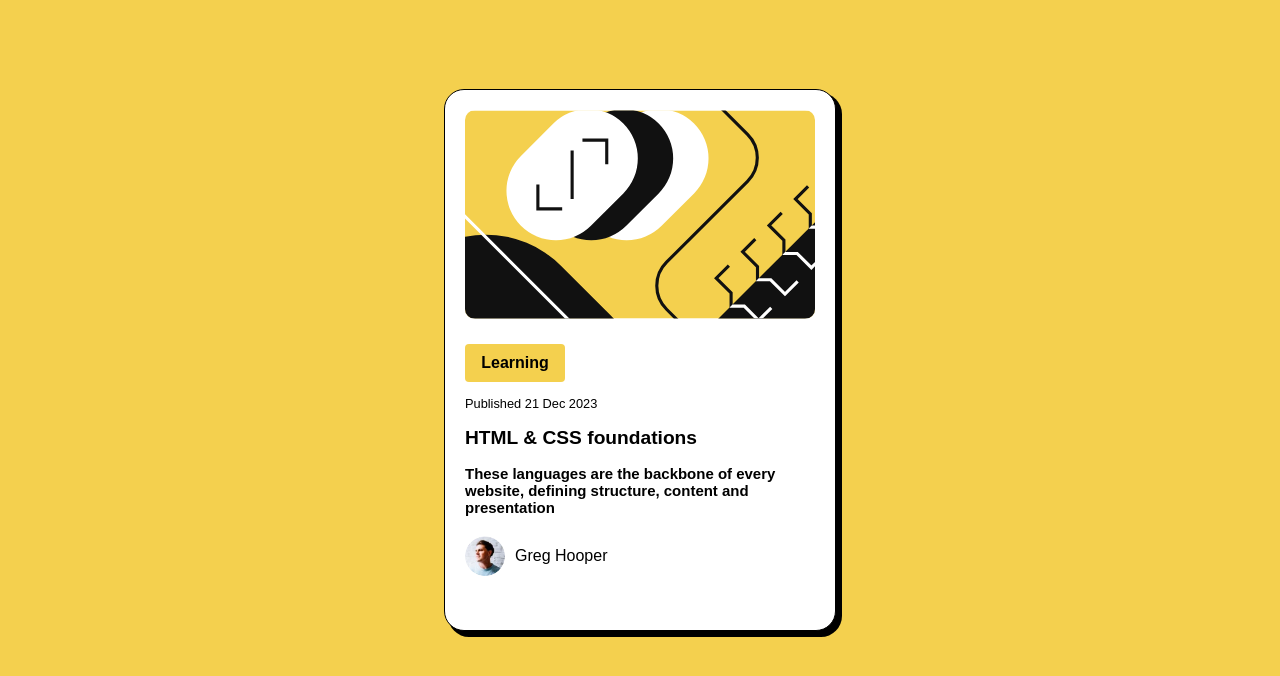
Repository: brandontaylor1/blogpreviewcard
Page: index.html
An editor plug-in stored every save of this project. The page is shown before and after the next save, followed by the edit.
The browser window is 1280 px wide. The pictures show the whole page.

Above is the page before, as saved 2024-12-25 11:46:00.

### index.html
<!DOCTYPE html>
<html lang="en">
<head>
    <meta charset="UTF-8">
    <meta name="viewport" content="width=device-width, initial-scale=1.0">
    <link rel="stylesheet" href="./index.css">
    <title>HTML & CSS Foundations</title>
</head>
<body>
    <main class="container">
        <div class="img-container">
            <img src="./images/illustration-article.svg" class="heading-img" alt="">
        </div>
        <div class="card-content">
            <p id="learning-tag">Learning</p>
            <div class="card-content-text">
                <p>Published 21 Dec 2023</p>
                <h2>HTML & CSS foundations</h2>
                <h3>These languages are the backbone of every website, defining structure, content and presentation</h3>
            </div>
        </div>
        <div class="user-footer">
            <img src="./images/image-avatar.webp" alt="person-image">
            <p>Greg Hooper</p>
        </div>
    </main>

    <script src="index.js"></script>
</body>
</html>

### index.css
:root {
    /* COLORS */
    --primary-yellow: hsl(47, 88%, 63%);
    --primary-white: hsl(0, 0%, 100%);
    --primary-gray-reg: hsl(0, 0%, 42%);
    --primary-gray-bold: hsl(0, 0%, 7%);

    --main-font-size: 16px;

    --main-font-family: 'Figtree', sans-serif;
    --main-font-weight-reg: 500;
    --main-font-weight-bold: 800;
}


body {
    box-sizing: border-box;
    margin: 0;
    padding: 0;
    height: 100vh;
    font-family: var(--main-font-family);
    display: flex;
    align-items: center;
    justify-content: center;
    background-color: var(--primary-yellow);
}

.container {
    width: 350px;
    height: 500px;
    margin: 0 auto;
    padding: 0 20px;
    background-color: var(--primary-white);
    width: 350px;
    padding: 20px;
    border-radius: 20px;
    border: 1px solid black;
    box-shadow: 5px 5px 0 1px rgba(0, 0, 0, 1);
    transition: box-shadow 0.3s ease;
}

.container:hover {
    box-shadow: 0 0 0 0 rgba(0, 0, 0, 0.5);
}

.heading-img {
    width: 100%;
    margin-bottom: 5px;
    border-radius: 10px;
}

.card-content {
    width: 100%;
    display: flex;
    flex-direction: column;
    align-items: left;
    justify-content: space-between;
}

#learning-tag {
    background-color: var(--primary-yellow);
    padding: 10px;
    border-radius: 4px;
    font-weight: var(--main-font-weight-bold);
    width: 80px;
    text-align: center;

}

.card-content-text {
    margin-top: -15px;
    font-size: .8rem;
}






.user-footer {
    display: flex;
    align-items: center;

}

.user-footer img {
    width: 40px;
    height: 40px;
    border-radius: 50%;
    margin-right: 10px;
}

Loaded but not shown: index.js (no stored copy; drawn as an empty file)

After the next save:
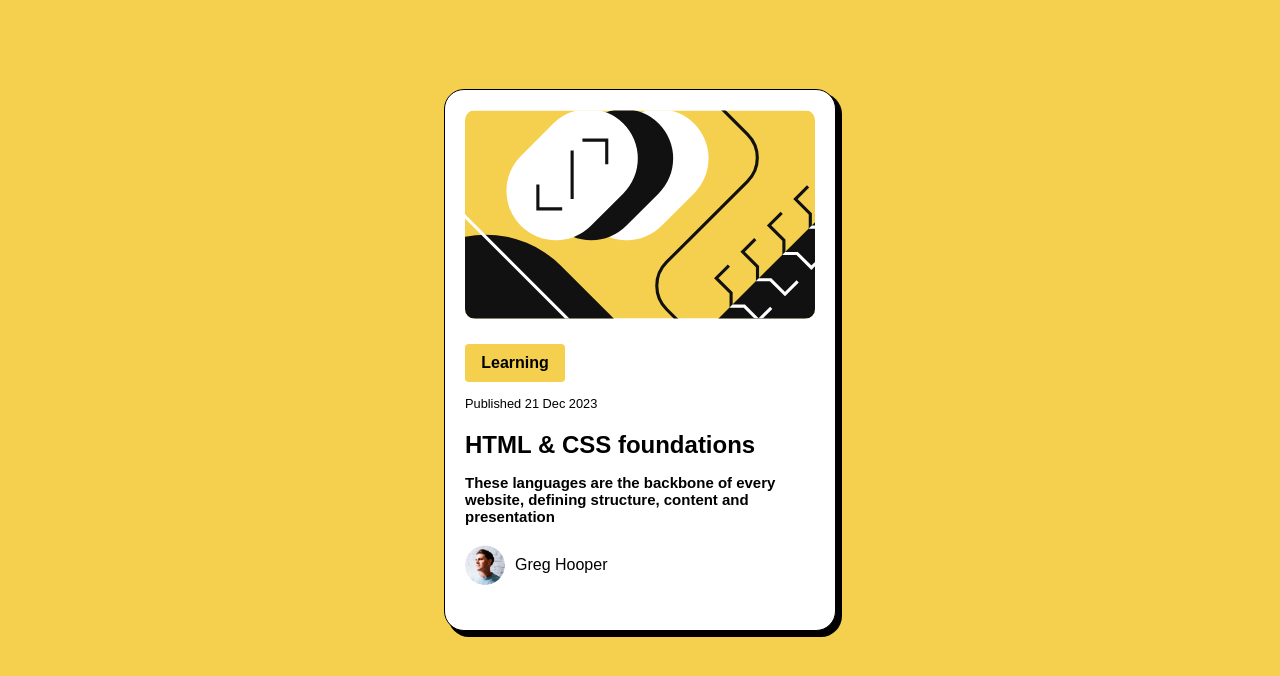
Saved 4 s later.
--- a/index.css
+++ b/index.css
@@ -72,7 +72,11 @@ body {
     font-size: .8rem;
 }
 
-
+.card-content-text h2 {
+    font-size: 1.5rem;
+    font-weight: var(--main-font-weight-bold);
+    margin-bottom: 10px;
+}
 
 
 
